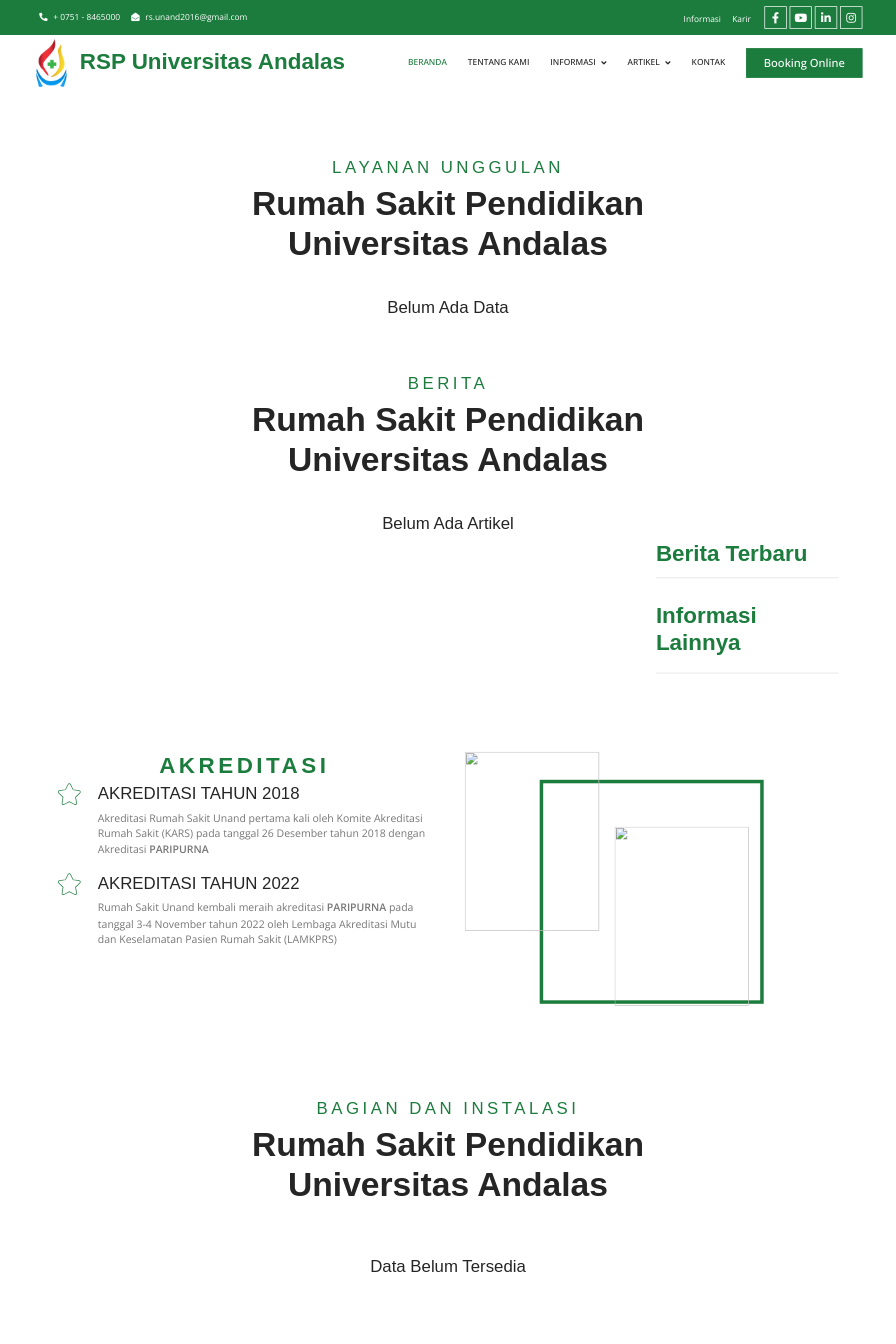
Repository: vivin-erialis/rsunand-site
Page: http://localhost/
An editor plug-in stored every save of this project. The page is shown before and after the next save, followed by the edit.
The browser window is 1280 px wide. The pictures show the part of the page from y = 0 to 1920 px (the page is 3087 px tall), at 70% of full size.
Some web fonts or font styles are not loaded; a fallback is used. Some web libraries are served in a nearby version. The page is served by the project's Laravel application, run on PHP 8.4 with Laravel 12. Queries for data that is not in the repository find no rows.

Above is the page before, as saved 2024-06-10 09:15:25.
Console error: TypeError: Cannot read properties of undefined (reading 'version')

After the next save:
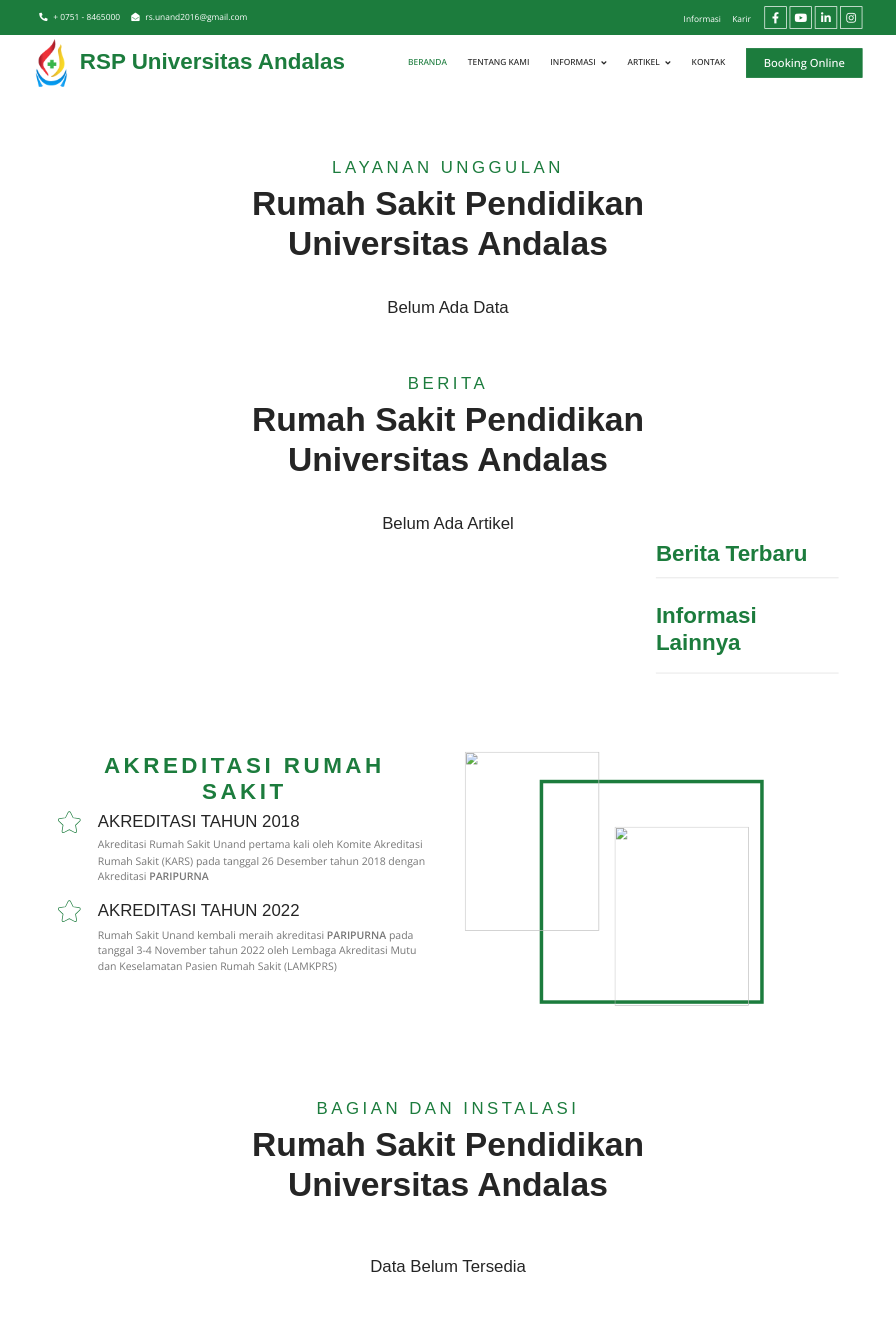
Saved 24 s later.
--- a/resources/views/Frontend/home.blade.php
+++ b/resources/views/Frontend/home.blade.php
@@ -224,7 +224,7 @@
         <div class="container">
             <div class="row g-5">
                 <div class="col-lg-6 wow fadeInUp" data-wow-delay="0.1s">
-                    <h2 class="section-title text-center">AKREDITASI</h2>
+                    <h2 class="section-title text-center">AKREDITASI RUMAH SAKIT</h2>
                     {{-- <h class="display-5 mb-4">Rumah Sakit Pendidikan Universitas Andalas</h> --}}
                     {{-- <p class="mb-4">Tempor erat elitr rebum at clita. Diam dolor diam ipsum sit. Aliqu diam amet diam et eos. Clita erat ipsum et lorem et sit, sed stet lorem sit clita duo justo magna dolore erat amet</p> --}}
                     <div class="row g-4">
